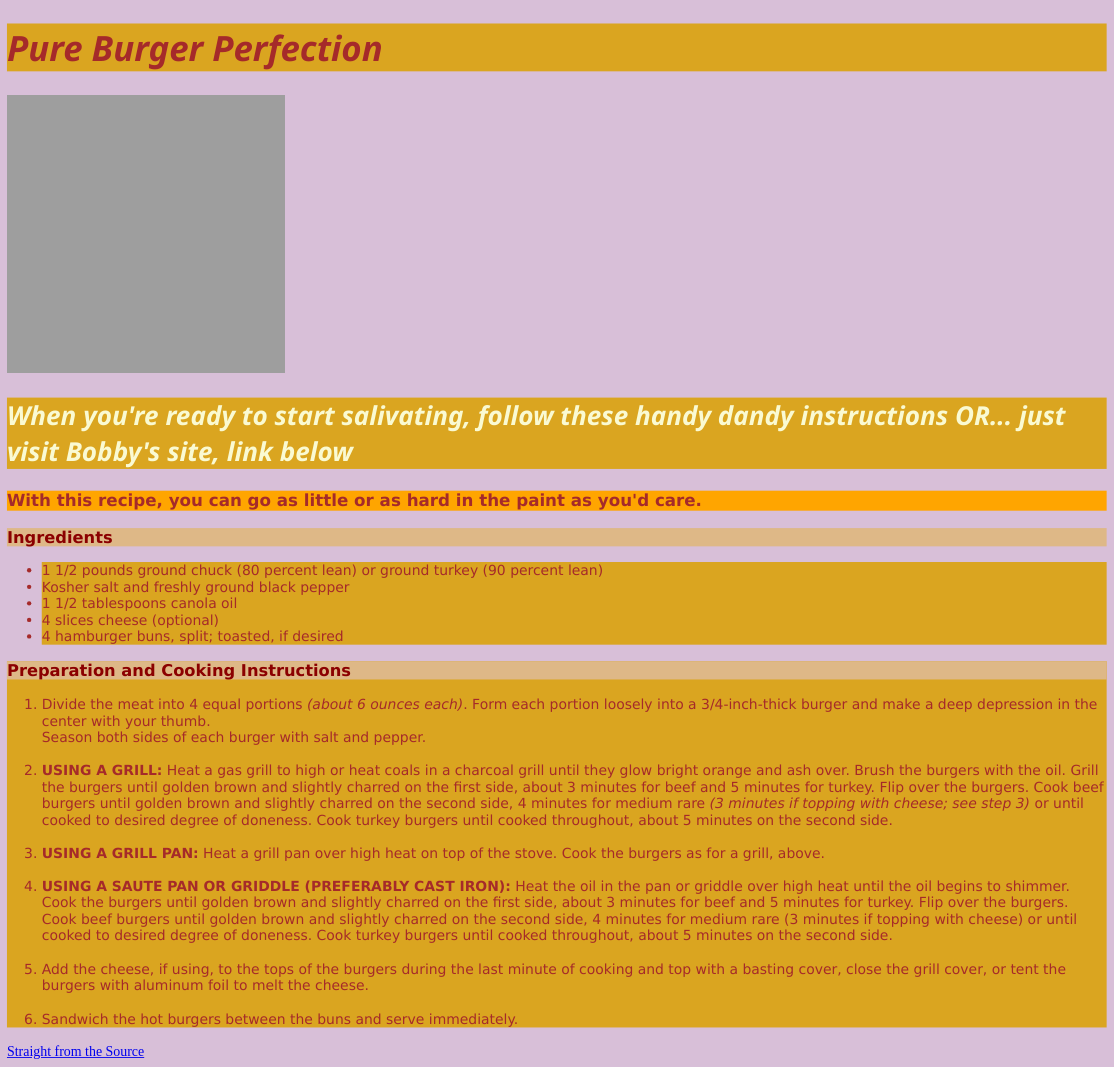
Repository: Spencertainty/practice-time
Page: member-spencer-odin-recipes/recipes/hamburgers.html
The author's editor kept a copy of each file at every save. The page is drawn from the files as they stood at one save, then again after the next save.
The browser window is 1280 px wide. The pictures show the whole page, at 87% of full size.
Pictures or frames that could not be fetched are drawn as grey boxes.

Above is the page before, as saved 2024-01-10 16:01:23.

### member-spencer-odin-recipes/recipes/hamburgers.html
<!DOCTYPE html>
<!--[if lt IE 7]>      <html class="no-js lt-ie9 lt-ie8 lt-ie7"> <![endif]-->
<!--[if IE 7]>         <html class="no-js lt-ie9 lt-ie8"> <![endif]-->
<!--[if IE 8]>         <html class="no-js lt-ie9"> <![endif]-->
<!--[if gt IE 8]>      <html class="no-js"> <!--<![endif]-->
<html>
    <head>
        <meta charset="utf-8">
        <meta http-equiv="X-UA-Compatible" content="IE=edge">
        <title>hamburgers</title>
        <meta name="description" content="">
        <meta name="viewport" content="width=device-width, initial-scale=1">
        <link rel="stylesheet" href="burger.css">
    </head>

    <body>
        <!--[if lt IE 7]>
            <p class="browsehappy">You are using an <strong>outdated</strong> browser. Please <a href="#">upgrade your browser</a> to improve your experience.</p>
        <![endif]-->

<h1><b>Pure Burger Perfection</b></h1>

<img src="../links-and-images/Cheeseburger.jpg" alt="the perfect burger" height="320" width="320">
<br>
<h2><em>When you're ready to start salivating, follow these handy dandy instructions</em> OR... just visit Bobby's site, link below</h2>
<p>With this recipe, you can go as little or as hard in the paint as you'd care.</p>
<h3>Ingredients</h3>
<ul>
    <div>
    <li>1 1/2 pounds ground chuck (80 percent lean) or ground turkey (90 percent lean) </li>
    <li>Kosher salt and freshly ground black pepper</li>
    <li>1 1/2 tablespoons canola oil</li>
    <li>4 slices cheese (optional)</li>
    <li>4 hamburger buns, split; toasted, if desired</li>
</div>
</ul>
<div>
<h3>Preparation and Cooking Instructions</h3>
<ol>
    <li>Divide the meat into 4 equal portions <em>(about 6 ounces each)</em>. Form each portion loosely into a 3/4-inch-thick burger and make a deep depression in the center with your thumb.
        <br>Season both sides of each burger with salt and pepper.</br></li>
    <p>

    </p><li><strong> USING A GRILL:</strong> Heat a gas grill to high or heat coals in a charcoal grill until they glow bright orange and ash over.
        Brush the burgers with the oil. Grill the burgers until golden brown and slightly charred on the first side, about 3 minutes for beef and 5 minutes for turkey.
        Flip over the burgers. Cook beef burgers until golden brown and slightly charred on the second side, 4 minutes for medium rare <em>(3 minutes if topping with cheese; see step 3)</em> or until cooked to desired degree of doneness.
        Cook turkey burgers until cooked throughout, about 5 minutes on the second side.</li>
    <p>    <li><b>USING A GRILL PAN:</b> Heat a grill pan over high heat on top of the stove. Cook the burgers as for a grill, above.</li></p>
    <li><strong> USING A SAUTE PAN OR GRIDDLE (PREFERABLY CAST IRON):</strong> Heat the oil in the pan or griddle over high heat until the oil begins to shimmer. Cook the burgers until golden brown and slightly charred on the first side, about 3 minutes for beef and 5 minutes for turkey.
        Flip over the burgers. Cook beef burgers until golden brown and slightly charred on the second side, 4 minutes for medium rare (3 minutes if topping with cheese) or until cooked to desired degree of doneness. Cook turkey burgers until cooked throughout, about 5 minutes on the second side.</li>
        <p><li>Add the cheese, if using, to the tops of the burgers during the last minute of cooking and top with a basting cover, close the grill cover, or tent the burgers with aluminum foil to melt the cheese.</p></li>
    <p><li>Sandwich the hot burgers between the buns and serve immediately.</li>        </p>
    </ol>
</div>
        <a href="https://www.foodnetwork.com/recipes/bobby-flay/perfect-burger-recipe-1957542" target="_blank" rel="noopener noreferrer">Straight from the Source</a>
        <script src="" async defer></script>

    </body>
</html>

### member-spencer-odin-recipes/recipes/burger.css
/* Apply Font Color to Title */


div {
    color: brown;
    background-color: goldenrod;
    text-align: left;
    font-family: Verdana, Geneva, Tahoma, sans-serif;
}

h1 {
    font-style: italic;
    font-family: 'Segoe UI', Tahoma, Geneva, Verdana, sans-serif;
    color: brown;
    font-size: 40px;
    background-color: goldenrod;
}

h2 {font-style: italic;
    font-family: 'Segoe UI', Tahoma, Geneva, Verdana, sans-serif;
    color: lightgoldenrodyellow;
    font-size: 30px;
    background-color: goldenrod;
}
h3 {
    font-family: 'Lucida Sans', 'Lucida Sans Regular', 'Lucida Grande', 'Lucida Sans Unicode', Geneva, Verdana, sans-serif;
    color: darkred;
    background-color: burlywood;

}

p {font-family: 'Lucida Sans', 'Lucida Sans Regular', 'Lucida Grande', 'Lucida Sans Unicode', Geneva, Verdana, sans-serif;
    color: brown;
    background-color: orange;
    font-weight: bolder;
    font-size: larger;
}

body {background-color: thistle;
}

After the next save:
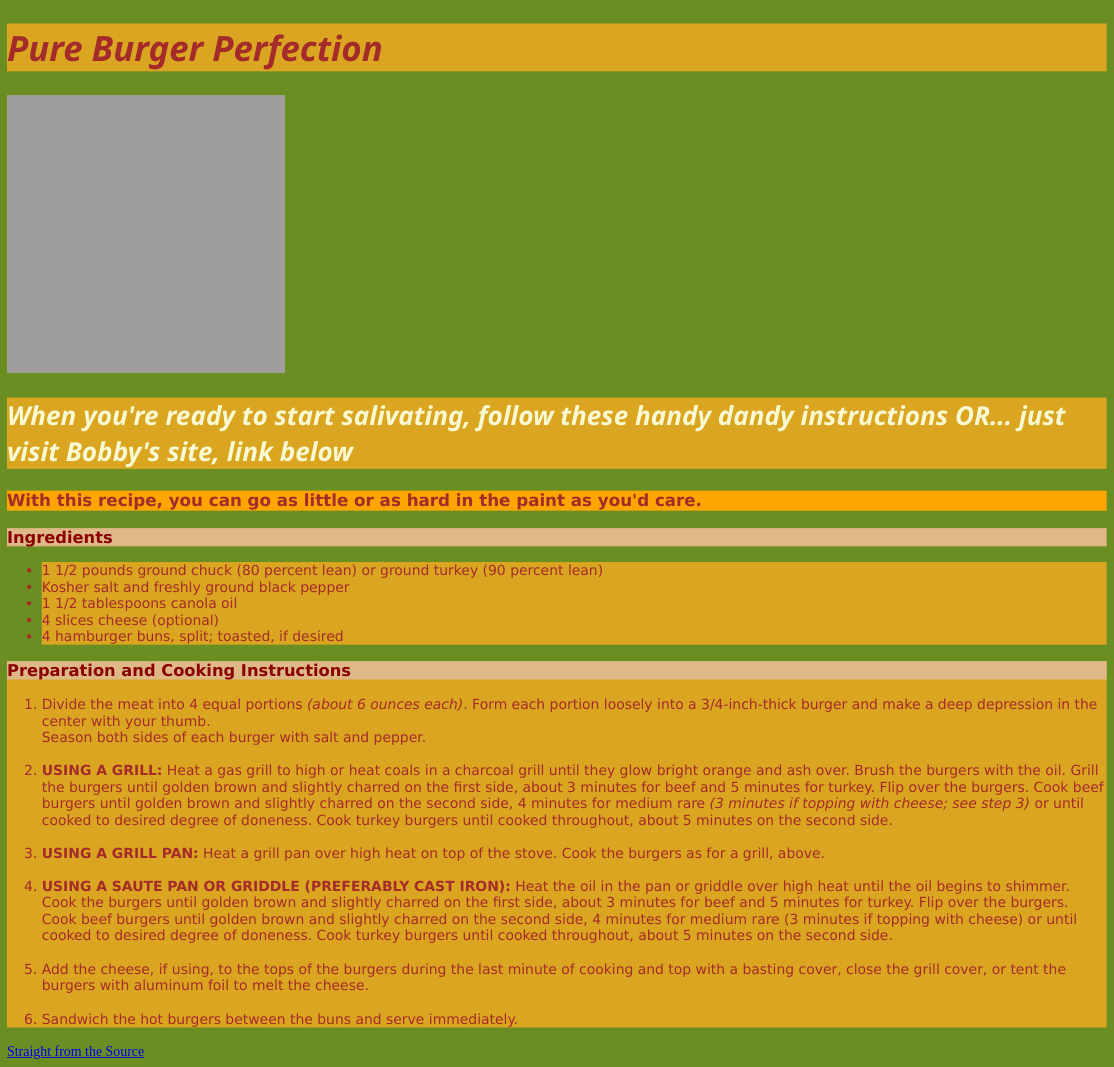
Saved 35 s later.
--- a/member-spencer-odin-recipes/recipes/burger.css
+++ b/member-spencer-odin-recipes/recipes/burger.css
@@ -36,5 +36,5 @@ p {font-family: 'Lucida Sans', 'Lucida Sans Regular', 'Lucida Grande', 'Lucida S
     font-size: larger;
 }
 
-body {background-color: thistle;
+body {background-color: olivedrab;
 }
